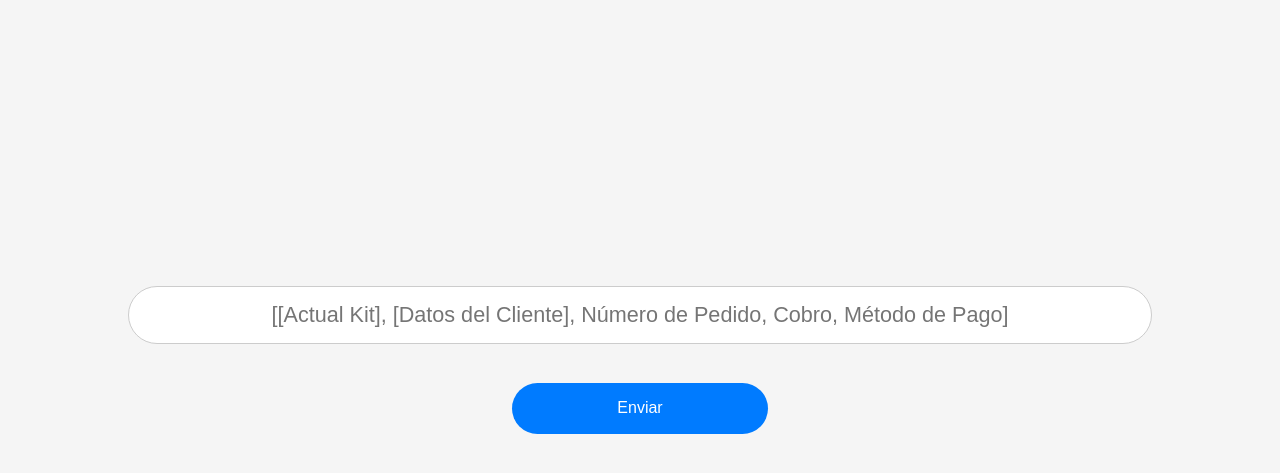
Repository: aCoupon0/intranet
Page: 1/venta-1.html
An editor plug-in stored every save of this project. The page is shown before and after the next save, followed by the edit.
The browser window is 1280 px wide. The pictures show the whole page.

Above is the page before, as saved 2024-11-29 13:33:57.

After the next save:
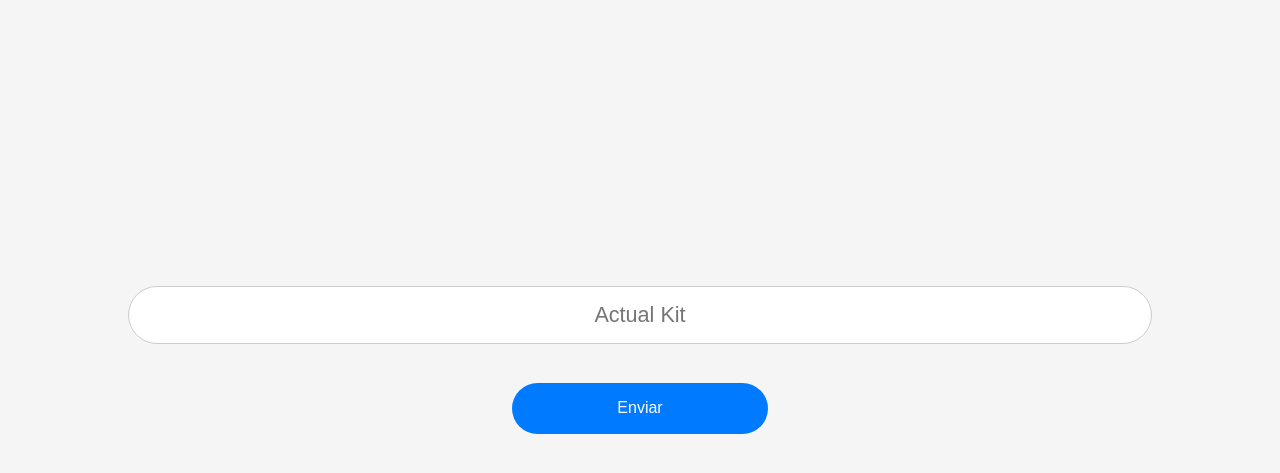
Saved 3 min 17 s later.
--- a/1/venta-1.html
+++ b/1/venta-1.html
@@ -12,7 +12,7 @@
     <!-- Input de texto grande -->
     <input
         type="text"
-        placeholder="[[Actual Kit], [Datos del Cliente], Número de Pedido, Cobro, Método de Pago]"
+        placeholder="Actual Kit"
         class="input-texto"
         id="input-datos">
 
